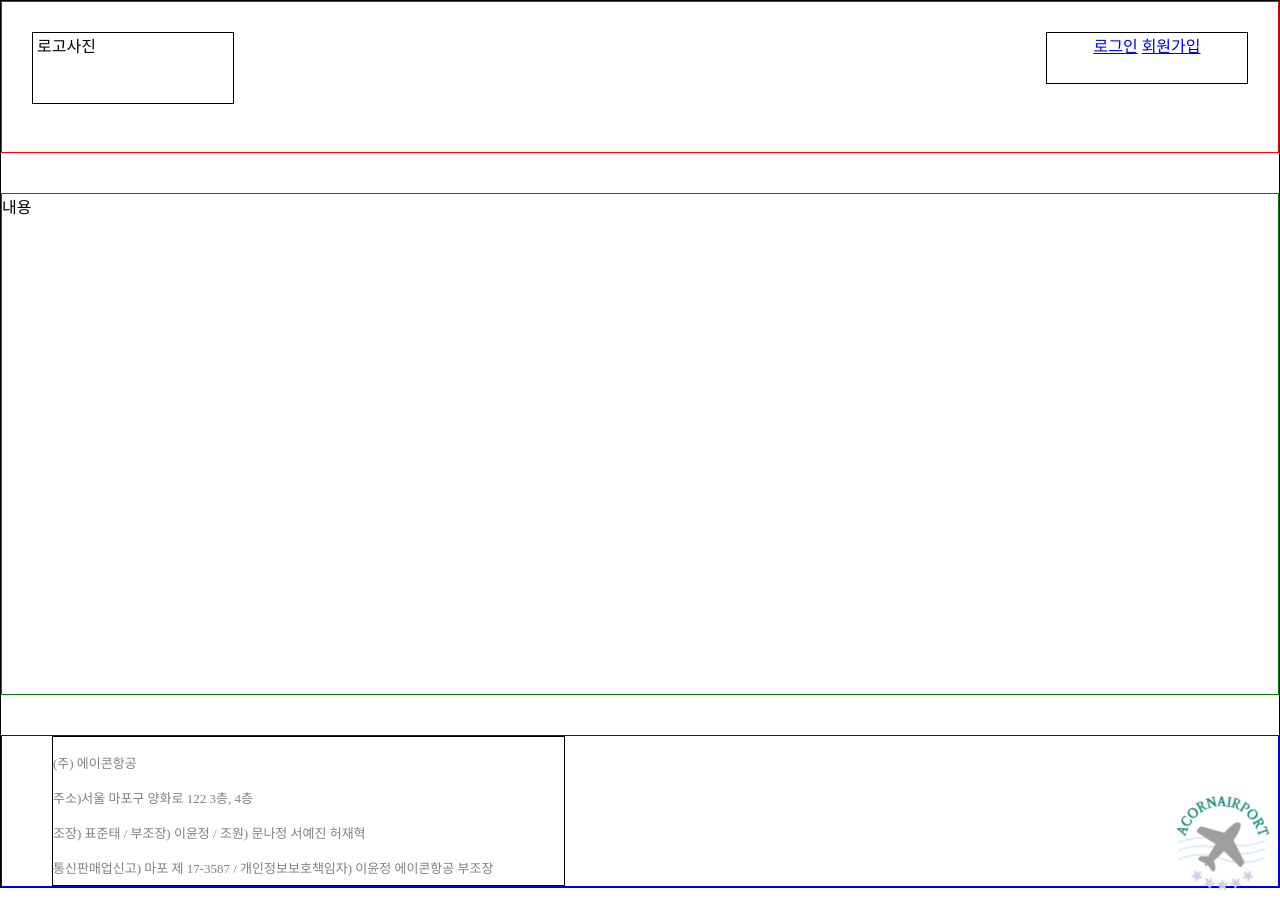
Repository: juntae710/Acorn_AirlineReservation_Project
Page: http://localhost/prj3_1/WEB-INF/views/h_index.jsp
An editor plug-in stored every save of this project. The page is shown before and after the next save, followed by the edit.
The browser window is 1280 px wide. The pictures show the whole page.
The page is served by Tomcat 9. Nobody is signed in. Other server files are loaded and not shown. The template is opened directly, without the code that normally fills it, so the values that code supplies are empty.

Above is the page before, as saved 2023-09-20 02:03:47.

### Eclipse/prj3_1/src/main/webapp/WEB-INF/views/h_index.jsp
<%@ page language="java" contentType="text/html; charset=UTF-8"
	pageEncoding="UTF-8"%>
<!DOCTYPE html>
<html>
<head>
<meta charset="UTF-8">
<title>Insert title here</title>
<style>
* {
	margin: 0;
}

main {
	border: 1px solid black;
}

header {
	border: 1px solid red;
	height: 150px;
	display: flex;
	position: relative;

}

.headerimg {
	width: 200px;
	height: 70px;
	border: 1px solid black;
	position: absolute;
	left: 30px;
	top: 30px;
}

.headerAtag {
	width: 200px;
	height: 50px;
	border: 1px solid black;
	position: absolute;
	right: 30px;
	top: 30px;
	text-align: center;
}

section {
	border: 1px solid green;
	height: 500px;
	margin-top: 40px;
}

footer {
	border: 1px solid blue;
	height: 150px;
	margin-top: 40px;
	margin-bottom: 0px;
	display: flex;
}

.footer_info {
	border: 1px solid black;
	margin-left: 50px;
	width: 1000px;
	font-size: 13px;
	color: gray;
}

.footer_img {
	width: 200px;
	height: 100px;
	margin-left: 600px;
	margin-top: 50px;
}
</style>
</head>
<body>
	<main>
		<header>
			<div class="headerimg">
				<img src="" alt=""> 로고사진
			</div>

			<%
			String id = (String) session.getAttribute("id");
			%>

			<div class="headerAtag">
				<%
				if (id == null) {
				%>
				<a href="<%=request.getContextPath()%>/h_login">로그인</a>
				<%

				%>
				<a href="<%=request.getContextPath()%>/l_join">회원가입</a>
				<%
				} else {
				%>
				<p>
					아이디:
					<%=id%>님
				</p>
				<a href="<%=request.getContextPath()%>/h_logOut">로그아웃</a> <a
					href="<%=request.getContextPath()%>/UUA.do">마이페이지</a>

				<%
				}
				%>
			</div>

		</header>

		<section>내용</section>



		<footer>
			<div class="footer_info">
				<br>(주) 에이콘항공 <br>
				<br> 주소)서울 마포구 양화로 122 3층, 4층 <br>
				<br> 조장) 표준태 / 부조장) 이윤정 / 조원) 문나정 서예진 허재혁 <br>
				<br> 통신판매업신고) 마포 제 17-3587 / 개인정보보호책임자) 이윤정 에이콘항공 부조장
			</div>
			<div class="footer_img">
				<img alt="이미지" src="<%=request.getContextPath()%>/img/acornairport.png">
			</div>
		</footer>
	</main>
</body>
</html>

After the next save:
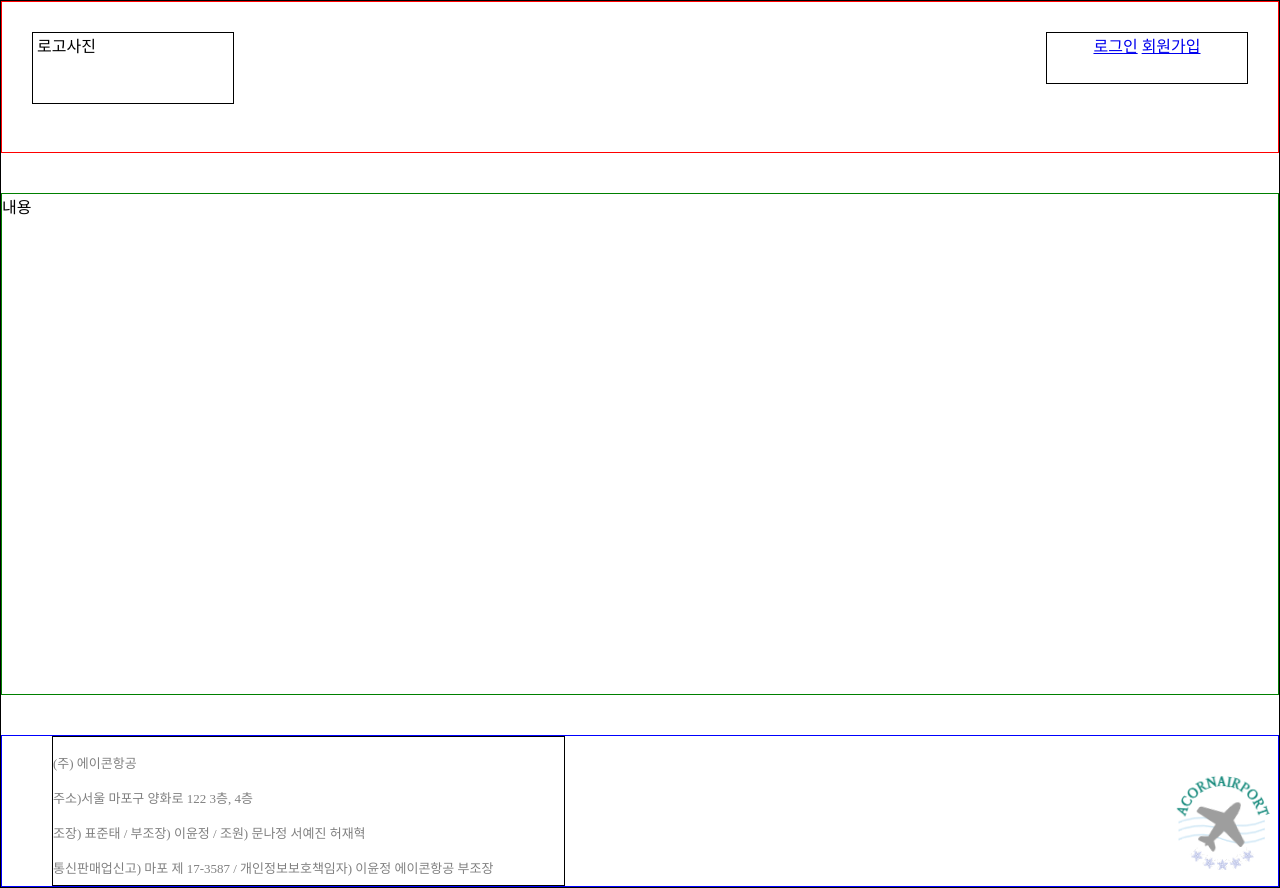
Saved 5 s later.
--- a/Eclipse/prj3_1/src/main/webapp/WEB-INF/views/h_index.jsp
+++ b/Eclipse/prj3_1/src/main/webapp/WEB-INF/views/h_index.jsp
@@ -67,7 +67,7 @@ footer {
 	width: 200px;
 	height: 100px;
 	margin-left: 600px;
-	margin-top: 50px;
+	margin-top: 30px;
 }
 </style>
 </head>
